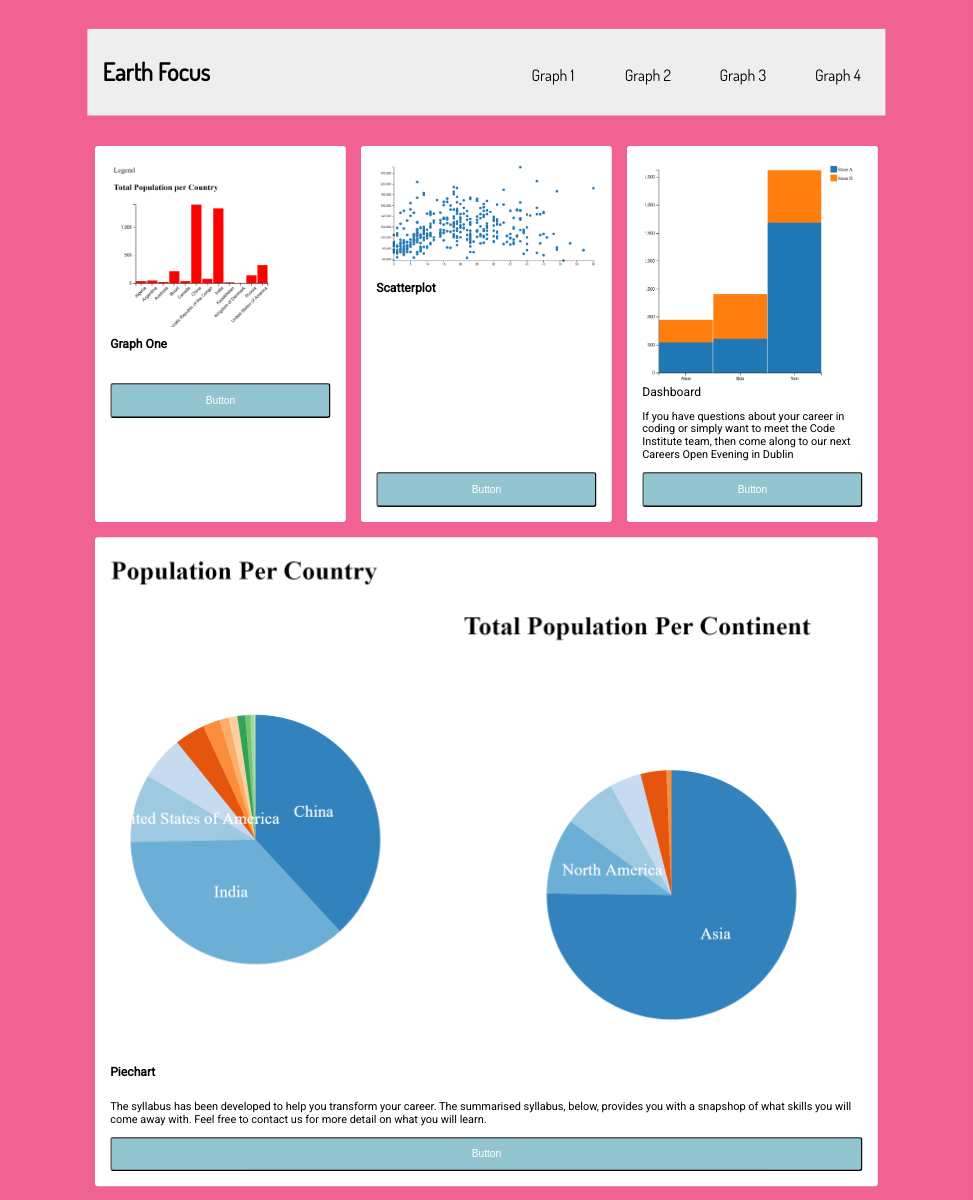
Repository: Code-Institute-Submissions/SOliv1-milestone2_NovResub
Page: index.html
The author's editor kept a record of every edit. The page is drawn from the files as they stood at one moment, then again after the next edit.
The browser window is 1280 px wide. The pictures show the whole page, at 76% of full size.
Some web libraries are served in a nearby version.

Above is the page before.

After the next edit:
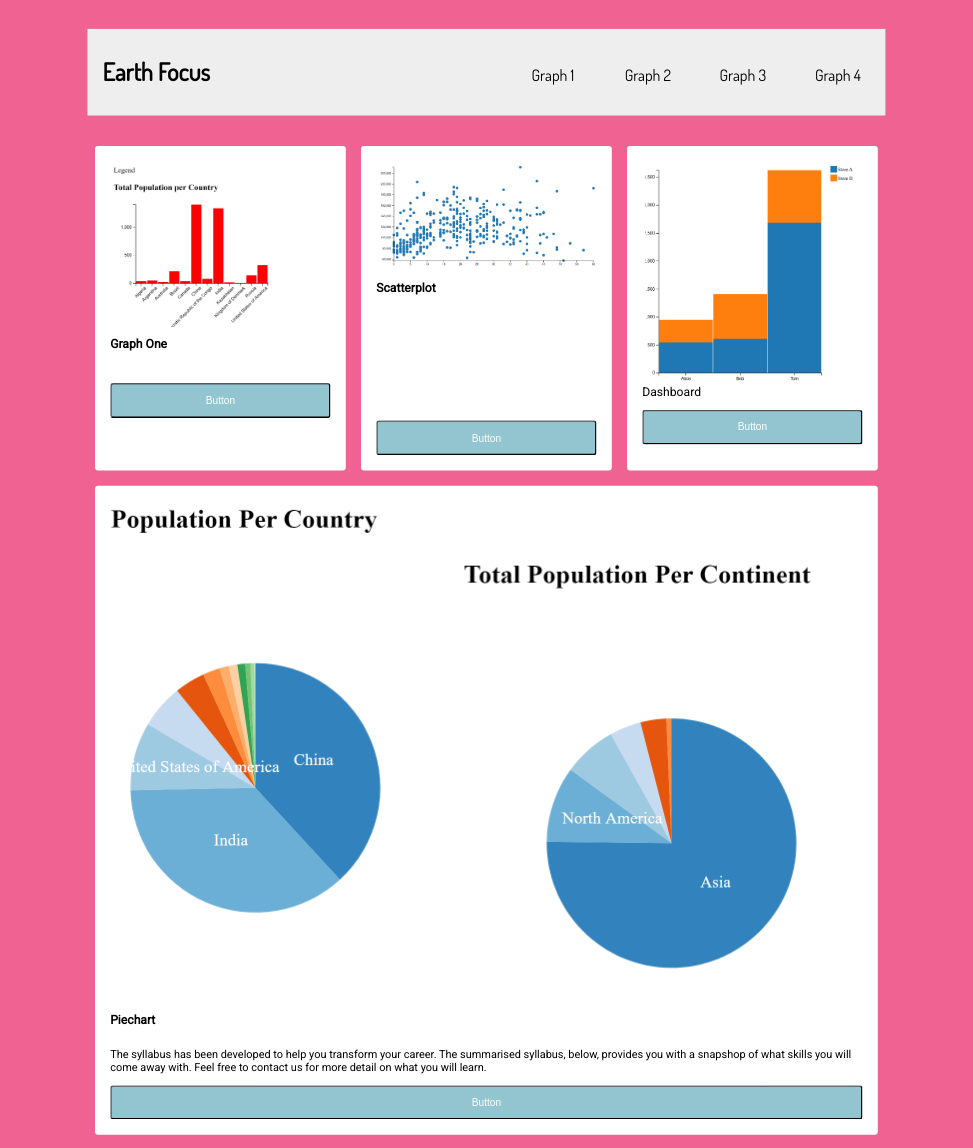
The edit:
--- a/index.html
+++ b/index.html
@@ -37,7 +37,7 @@
         <div class="card graph3">
             <img class="card_image" src="img/3.png" alt="graph icon"
             <h2 class="card_head">Dashboard</h2>
-            <p class="card_para">If you have questions about your career in coding or simply want to meet the Code Institute team, then come along to our next Careers Open Evening in Dublin</p>
+            <p class="card_para"</p>
             <button id="button_effects3" class="bottom_button" href="index2.html">Button</button>
         </div>
         <div class="card graph4">
